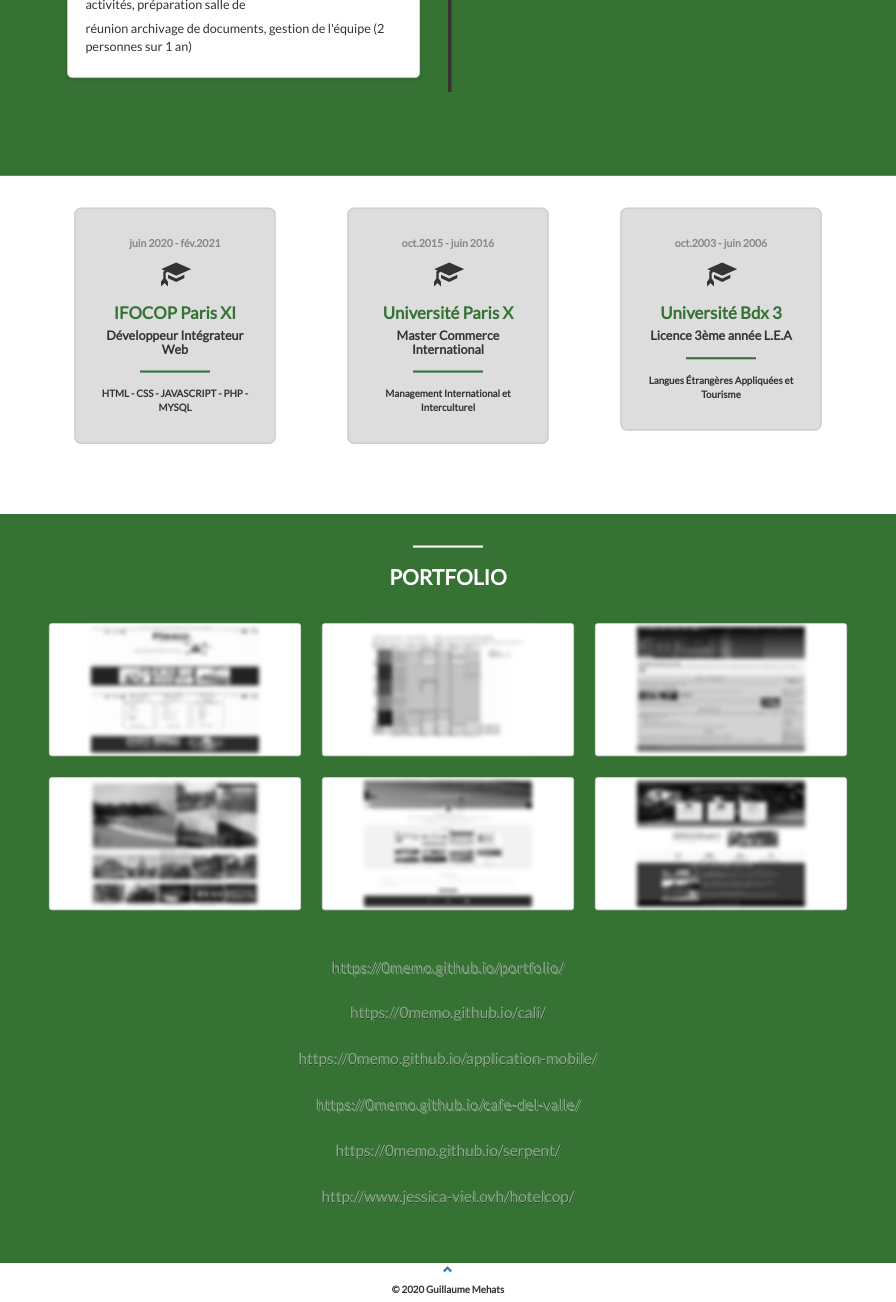
Repository: 0Memo/mon-cv
Page: index.html
The author's editor kept a copy of each file at every save. The page is drawn from the files as they stood at one save, then again after the next save.
The browser window is 1280 px wide. The pictures show the part of the page from y = 3295 to 5215 px (the page is 5155 px tall before and 5215 px after), at 70% of full size.

Above is the page before, as saved 2020-12-29 15:44:50.

After the next save:
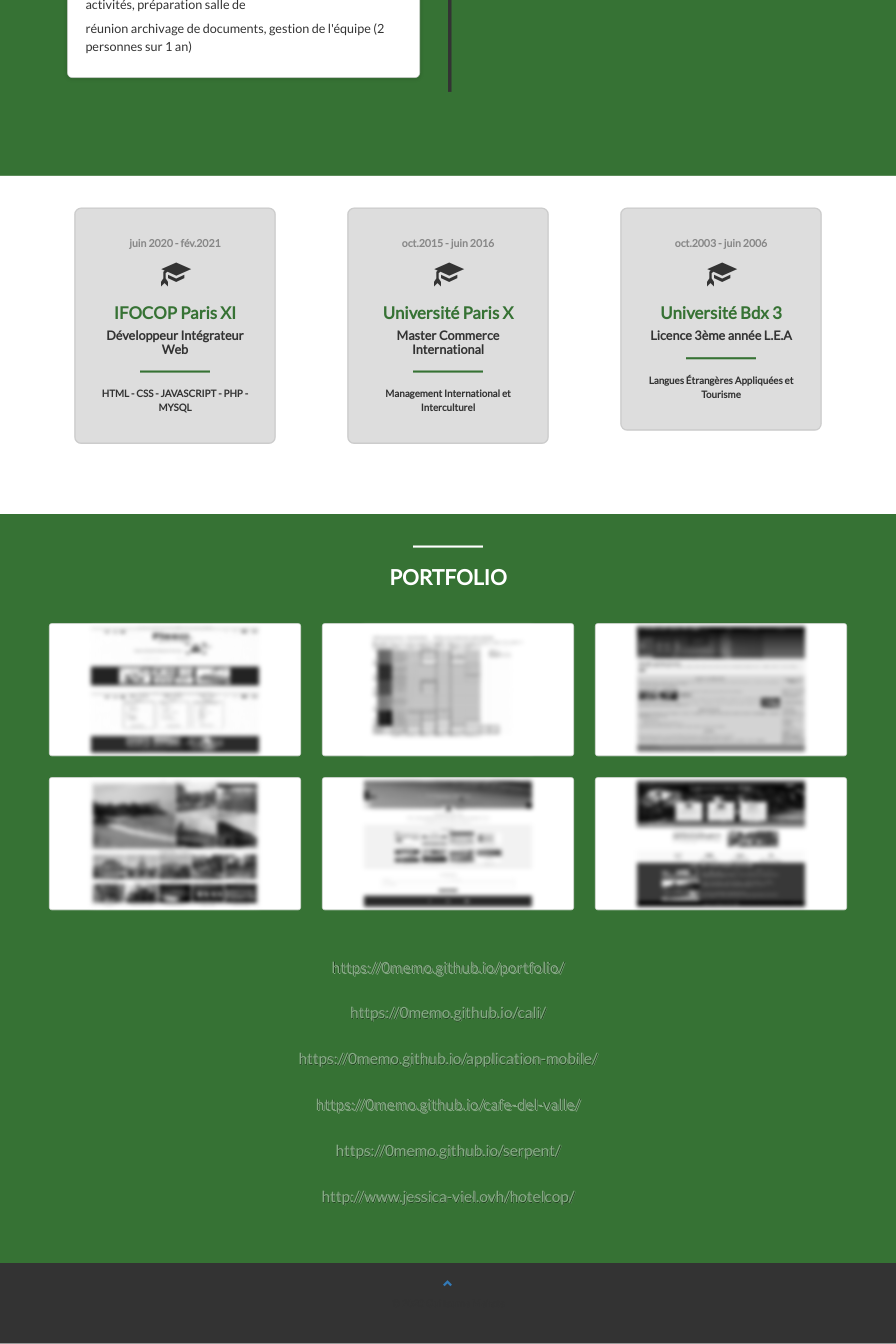
Saved 24 s later.
--- a/css/styles.css
+++ b/css/styles.css
@@ -378,5 +378,6 @@ section {
 /* FOOTER */
 
 footer {
-
-}
+    background: #333;
+    padding: 20px 0 40px;
+}
